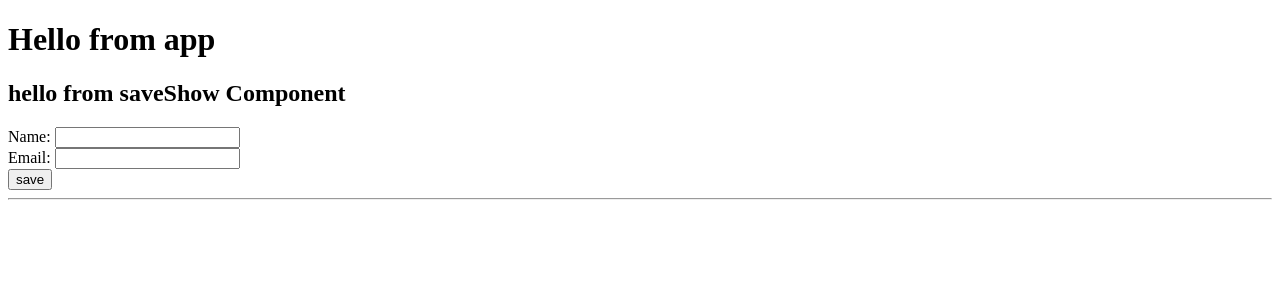
Repository: 1sanjeetsharma/cult-fit-clone
Page: /
The author's editor kept a copy of each file at every save. The page is drawn from the files as they stood at one save, then again after the next save.
The browser window is 1280 px wide. The pictures show the whole page.
The project was rebuilt for these pictures with package versions that can differ from the ones it lists, and the page was loaded fresh each time. Also part of the build but not shown: vite.config.js, src/saveshow.css.

Above is the page before, as saved 2023-06-12 16:09:21.

### src/App.jsx
// import Add from "./Add";
import SaveShow from "./SaveShow";
function App() {
  return (
    <>
      <h1>Hello from app</h1>
      {/* <Add /> */}
      <SaveShow />
    </>
  );
}

export default App;

### src/SaveShow.jsx
import { Component } from "react";
import "./saveshow.css";
class SaveShow extends Component {
  state = { arr: [], name: "", email: "" };
  handlechange = (evt) => {
    this.setState({ ...this.state, [evt.target.name]: evt.target.value });
  };
  handleClick = () => {
    const rcds = [...this.state.arr];
    rcds.push({ name: this.state.name, email: this.state.email });
    this.setState({ ...this.state, arr: [...rcds], email: "", name: "" });
  };
  handleDel = (i) => {
    console.log("i is ", i);
    const rcds = [...this.state.arr];
    console.log("rcds before splice :", rcds);
    rcds.splice(i, 1);
    console.log("rcds after splice :", rcds);
    this.setState({ ...this.state, arr: [...rcds] });
  };
  render = () => {
    return (
      <>
        <h2>hello from saveShow Component</h2>
        Name:{" "}
        <input
          type="text"
          name="name"
          onChange={(e) => {
            this.handlechange(e);
          }}
          value={this.state.name}
        />
        <br />
        Email:{" "}
        <input
          type="text"
          name="email"
          onChange={(e) => {
            this.handlechange(e);
          }}
          value={this.state.email}
        />
        <br />
        <input type="button" value="save" onClick={this.handleClick} />
        <hr />
        {this.state.arr.map((row, i) => {
          return (
            <div className="box" key={i}>
              i : {i}
              <br />
              Name: {row.name}
              <br />
              Email: {row.email}
              <br />
              <input
                type="button"
                value="Delete"
                onClick={() => {
                  this.handleDel(i);
                }}
              />
            </div>
          );
        })}
      </>
    );
  };
}
export default SaveShow;

Loaded but not shown: index.html (common file); src/main.jsx (common file)

After the next save:
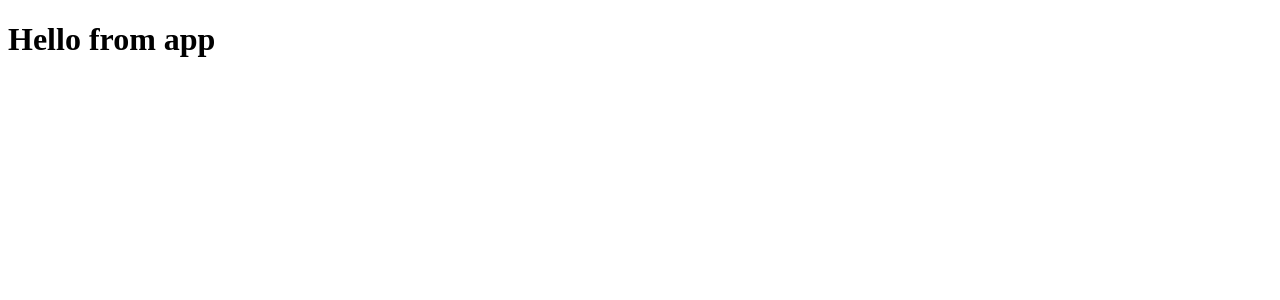
Saved 20 h 24 min later.
--- a/src/App.jsx
+++ b/src/App.jsx
@@ -1,11 +1,7 @@
-// import Add from "./Add";
-import SaveShow from "./SaveShow";
 function App() {
   return (
     <>
       <h1>Hello from app</h1>
-      {/* <Add /> */}
-      <SaveShow />
     </>
   );
 }
